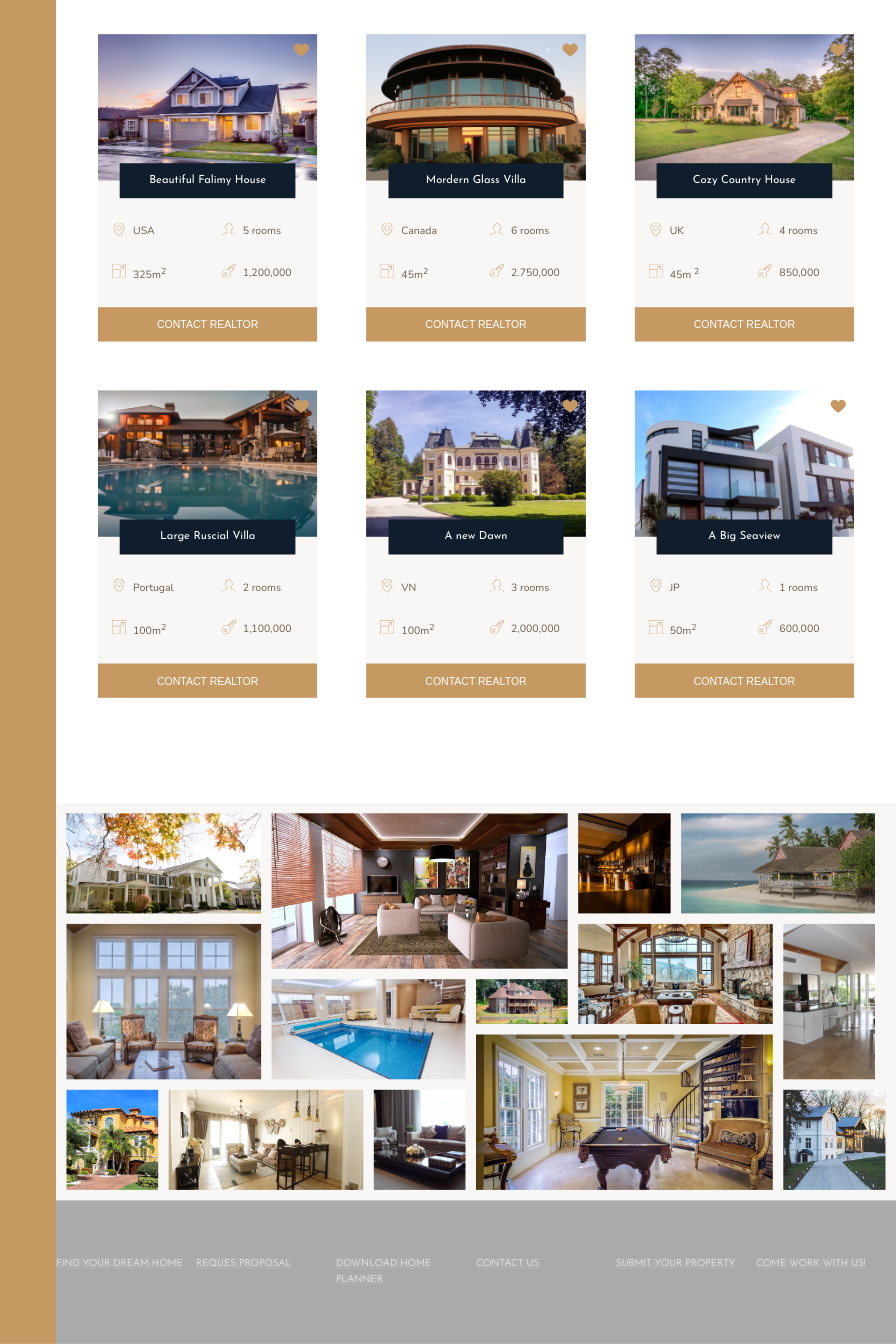
Repository: m2pd/your-home
Page: index.html
The author's editor kept a copy of each file at every save. The page is drawn from the files as they stood at one save, then again after the next save.
The browser window is 1280 px wide. The pictures show the part of the page from y = 1857 to 3777 px (the page is 3777 px tall), at 70% of full size.
The style sheet was rebuilt from its Sass, Less or Tailwind sources for each picture, by a compiler version that may differ from the author's.

Above is the page before, as saved 2020-03-07 19:07:22.

After the next save:
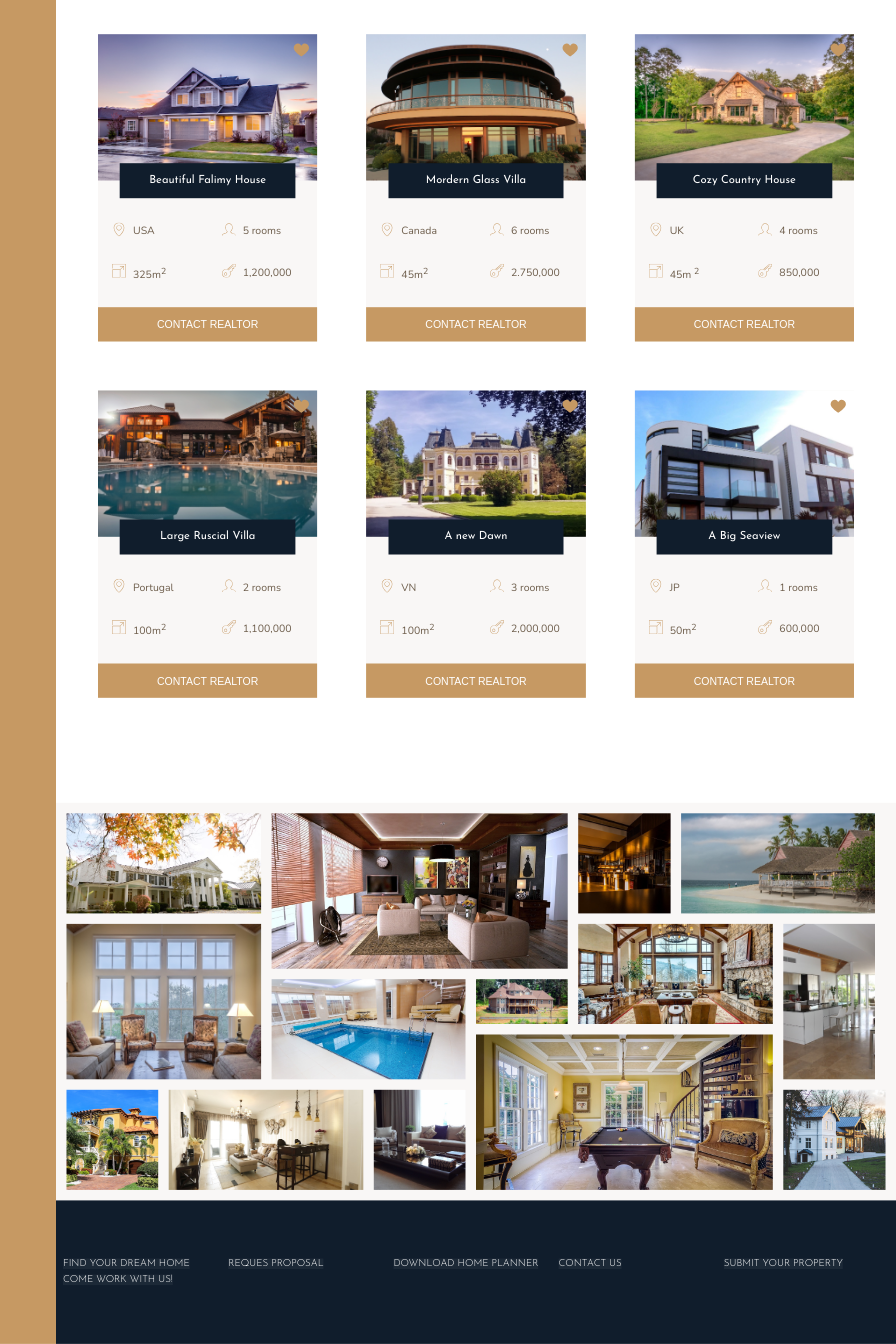
Saved 34 s later.
--- a/sass/_footer.scss
+++ b/sass/_footer.scss
@@ -1,7 +1,7 @@
 .footer{
-    background-color: $color-grey-light-2;
+    background-color: $color-secondary;
     grid-column: full-start / full-end;
-    padding: 8rem 0;
+    padding: 8rem 1rem;
 }
 
 .nav{
